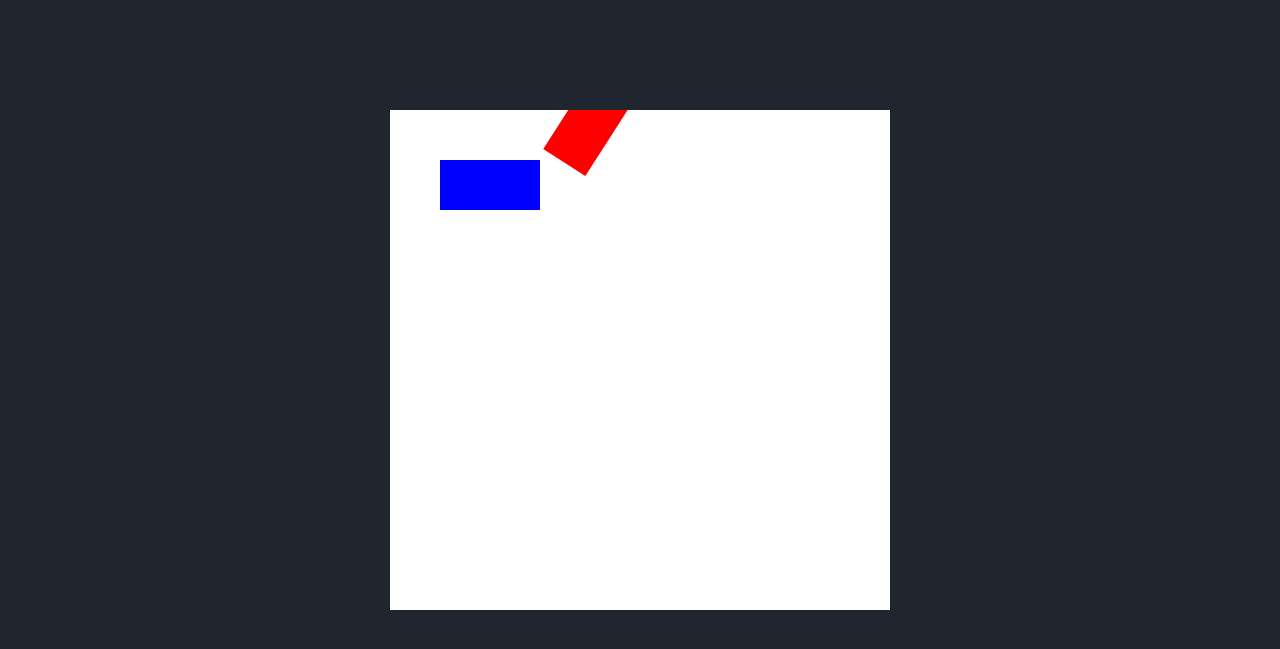
Repository: thecodeholic/cst-javascript-course
Page: /
An editor plug-in stored every save of this project. The page is shown before and after the next save, followed by the edit.
The browser window is 1280 px wide. The pictures show the whole page.
The project was rebuilt for these pictures with package versions that can differ from the ones it lists, and the page was loaded fresh each time.

Above is the page before, as saved 2020-11-25 10:32:23.

After the next save:
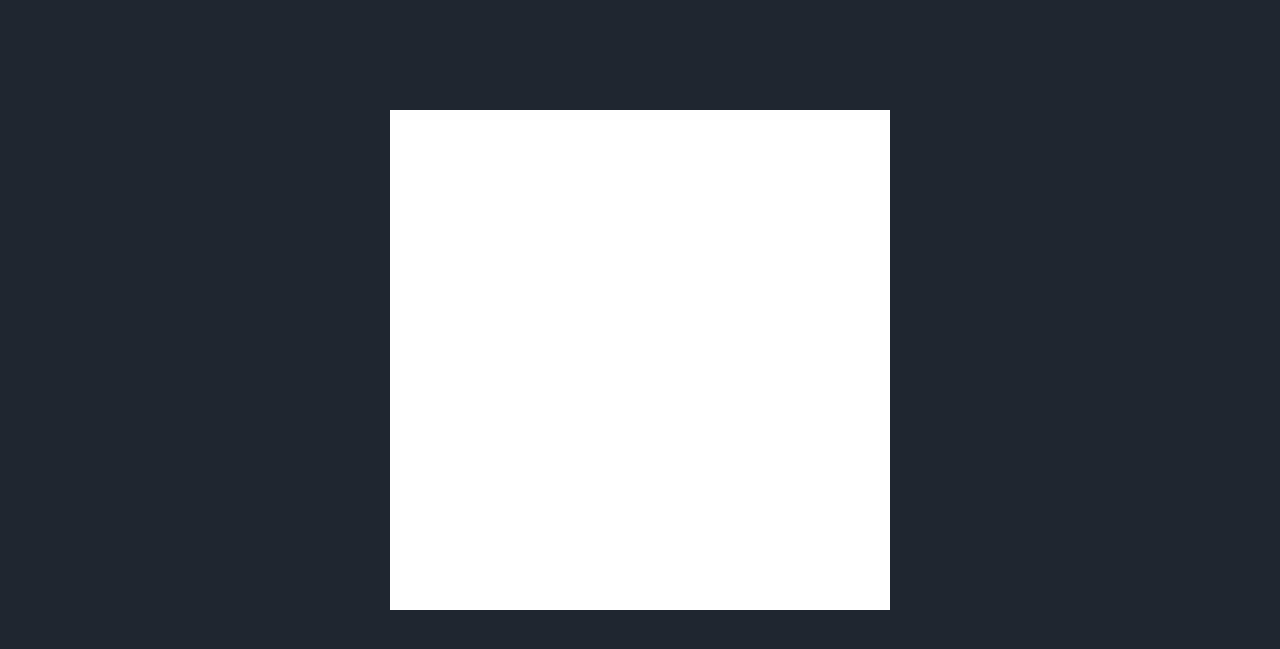
Console error: SyntaxError: Invalid or unexpected token
Saved 9 s later.
--- a/app.js
+++ b/app.js
@@ -15,7 +15,7 @@
 ctx.fillStyle = 'blue';
 ctx.fillRect(50, 50, 100, 50);
 
-ctx.rotate(-1);
+ctx.rotate(1d);
 ctx.fillStyle = 'red';
 ctx.fillRect(50, 150, 100, 50);
 

After the save that followed:
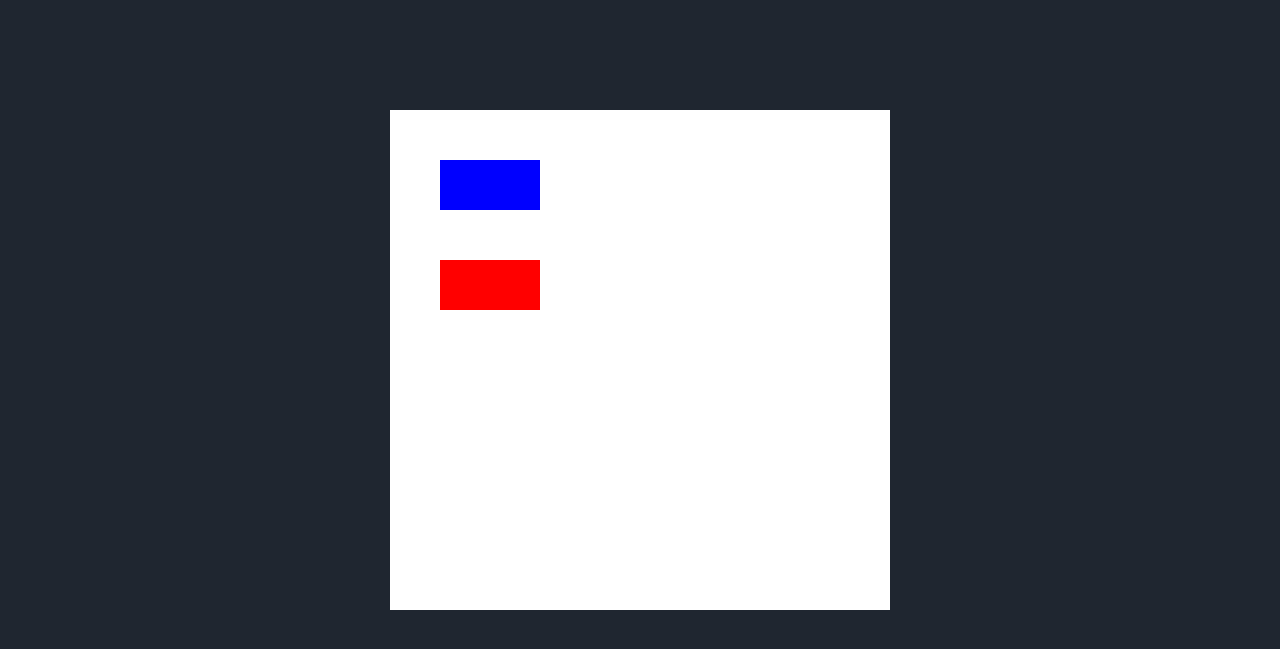
The error is gone.
Saved 47 s later.
--- a/app.js
+++ b/app.js
@@ -15,7 +15,7 @@
 ctx.fillStyle = 'blue';
 ctx.fillRect(50, 50, 100, 50);
 
-ctx.rotate(1d);
+// ctx.translate(100, 100)
 ctx.fillStyle = 'red';
 ctx.fillRect(50, 150, 100, 50);
 
